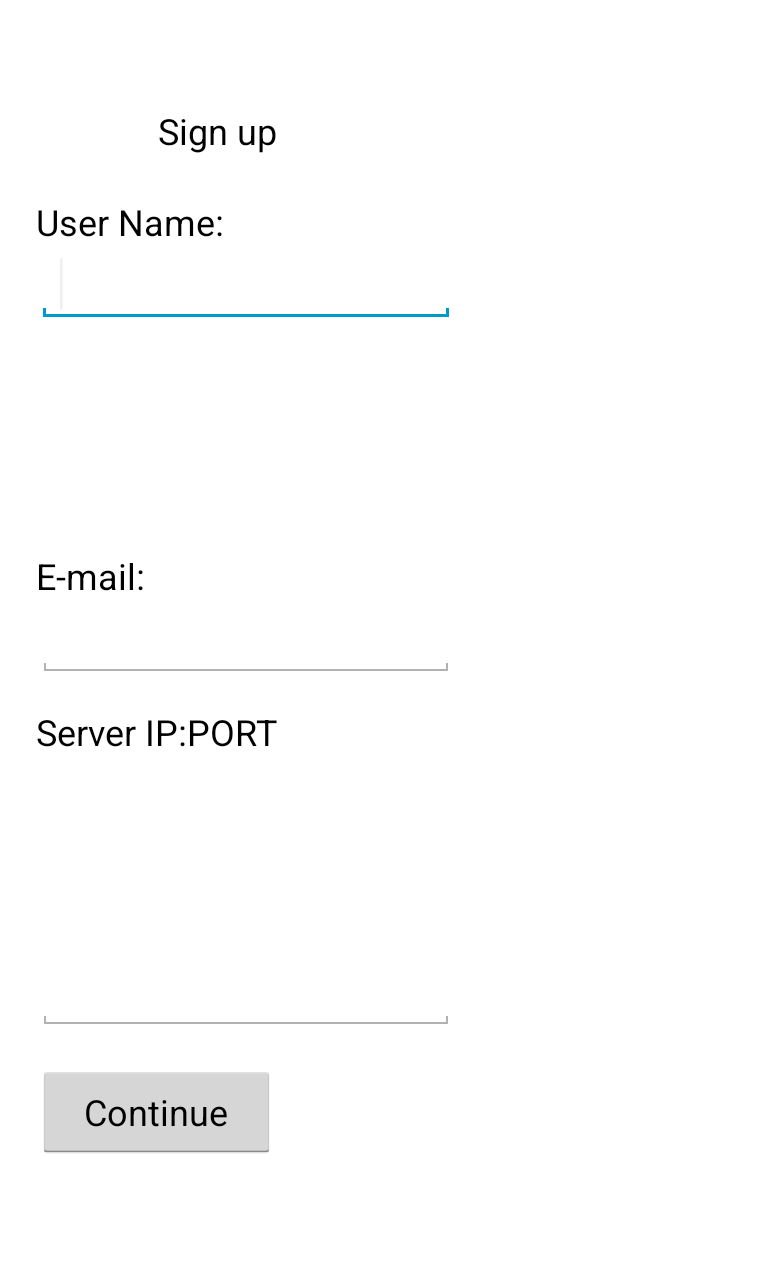
Repository: Teketel/hujeManiita
Layout: workspace/android/Besso/res/layout/activity_main.xml
These files come from the project's save history. The layout is drawn as it stood at one moment and after the next save; the edit follows.
It is drawn on a 768 x 1280 px phone screen (xhdpi) without system bars, with theme AppTheme; the app's code is not run.

Above is the layout before, as saved 2013-02-18 19:43:16.

After the next save:
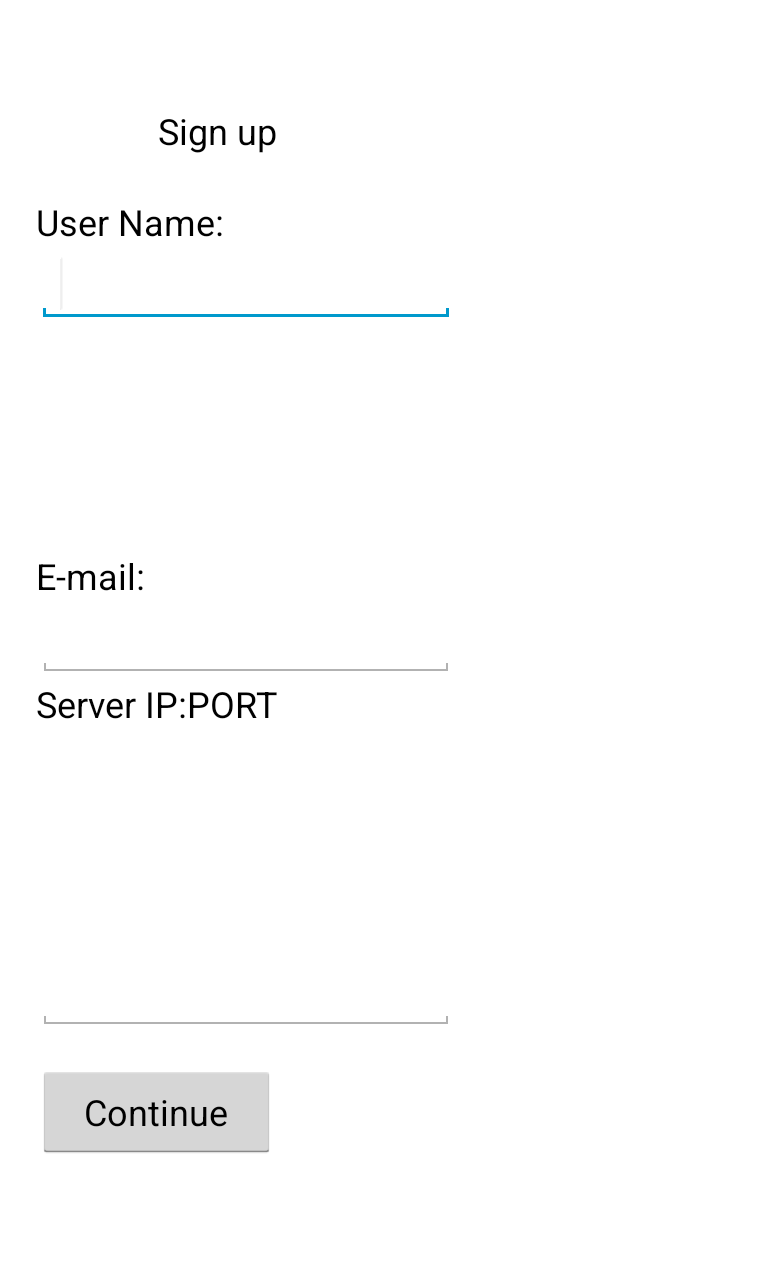
Saved 71 s later.
--- a/workspace/android/Besso/res/layout/activity_main.xml
+++ b/workspace/android/Besso/res/layout/activity_main.xml
@@ -71,16 +71,6 @@
         android:layout_marginBottom="42dp"
         android:text="Continue" />
 
-    <TextView
-        android:id="@+id/ipTextView"
-        android:layout_width="wrap_content"
-        android:layout_height="wrap_content"
-        android:layout_alignLeft="@+id/email"
-        android:layout_below="@+id/email"
-        android:layout_marginTop="14dp"
-        android:text="Server IP:PORT"
-        android:textAppearance="?android:attr/textAppearanceMedium" />
-
     <EditText
         android:id="@+id/ipEditText"
         android:layout_width="wrap_content"
@@ -90,4 +80,13 @@
         android:layout_marginBottom="16dp"
         android:ems="10" />
 
+    <TextView
+        android:id="@+id/ipTextView"
+        android:layout_width="wrap_content"
+        android:layout_height="wrap_content"
+        android:layout_alignLeft="@+id/email"
+        android:layout_below="@+id/email"
+        android:text="Server IP:PORT"
+        android:textAppearance="?android:attr/textAppearanceMedium" />
+
 </RelativeLayout>
